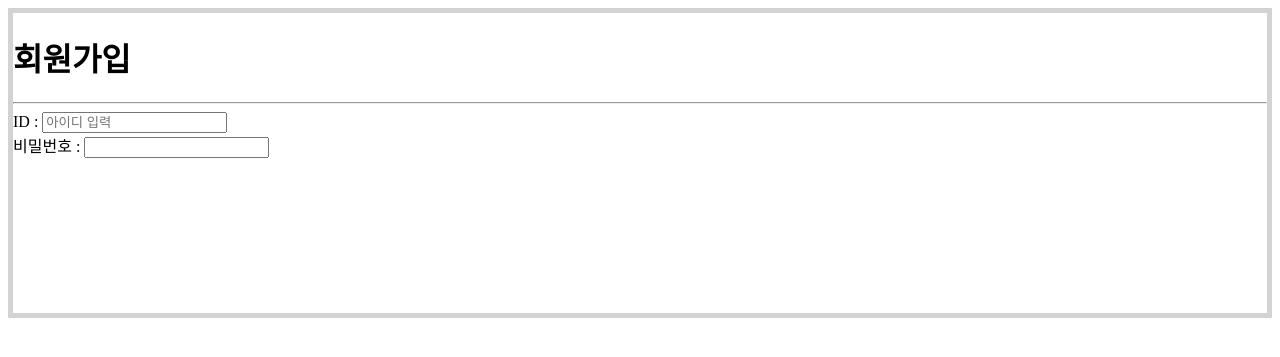
Repository: dychung1021/newrepository
Page: http://localhost/JSP05/
These files come from the project's save history. The page is drawn as it stood at one moment and after the next save; the edit follows.
The browser window is 1280 px wide. The pictures show the whole page.
The page is served by Tomcat 9.

Above is the page before, as saved 2024-05-10 02:38:52.

After the next save:
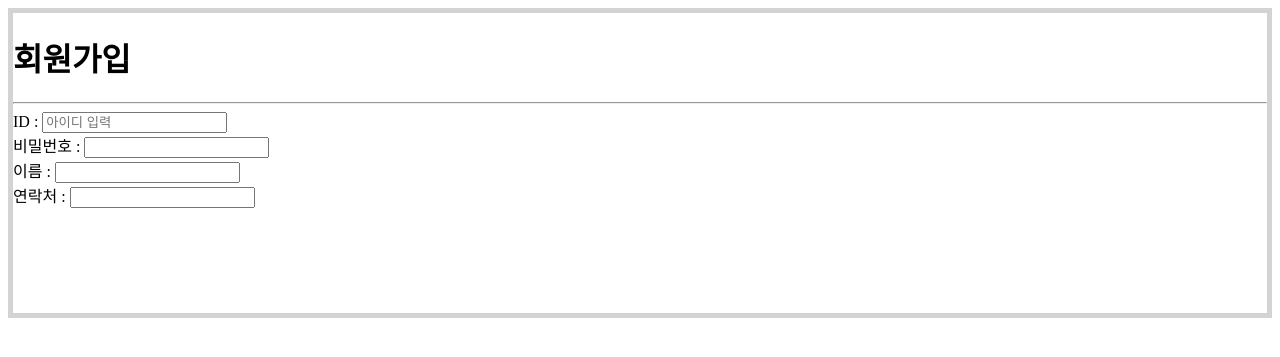
Saved 3 min 46 s later.
--- a/JSP/JSP05/src/main/webapp/index.jsp
+++ b/JSP/JSP05/src/main/webapp/index.jsp
@@ -22,6 +22,9 @@
 				<hr>
 				ID : <input type="text" name="id" placeholder="아이디 입력"><br>
 				비밀번호 : <input type="password" name="pw"><br>
+				이름 : <input type="text" name="nm"><br>
+				연락처 : <input type="text" name="phone"><br>
+
 			</form>
 
 		</div>
